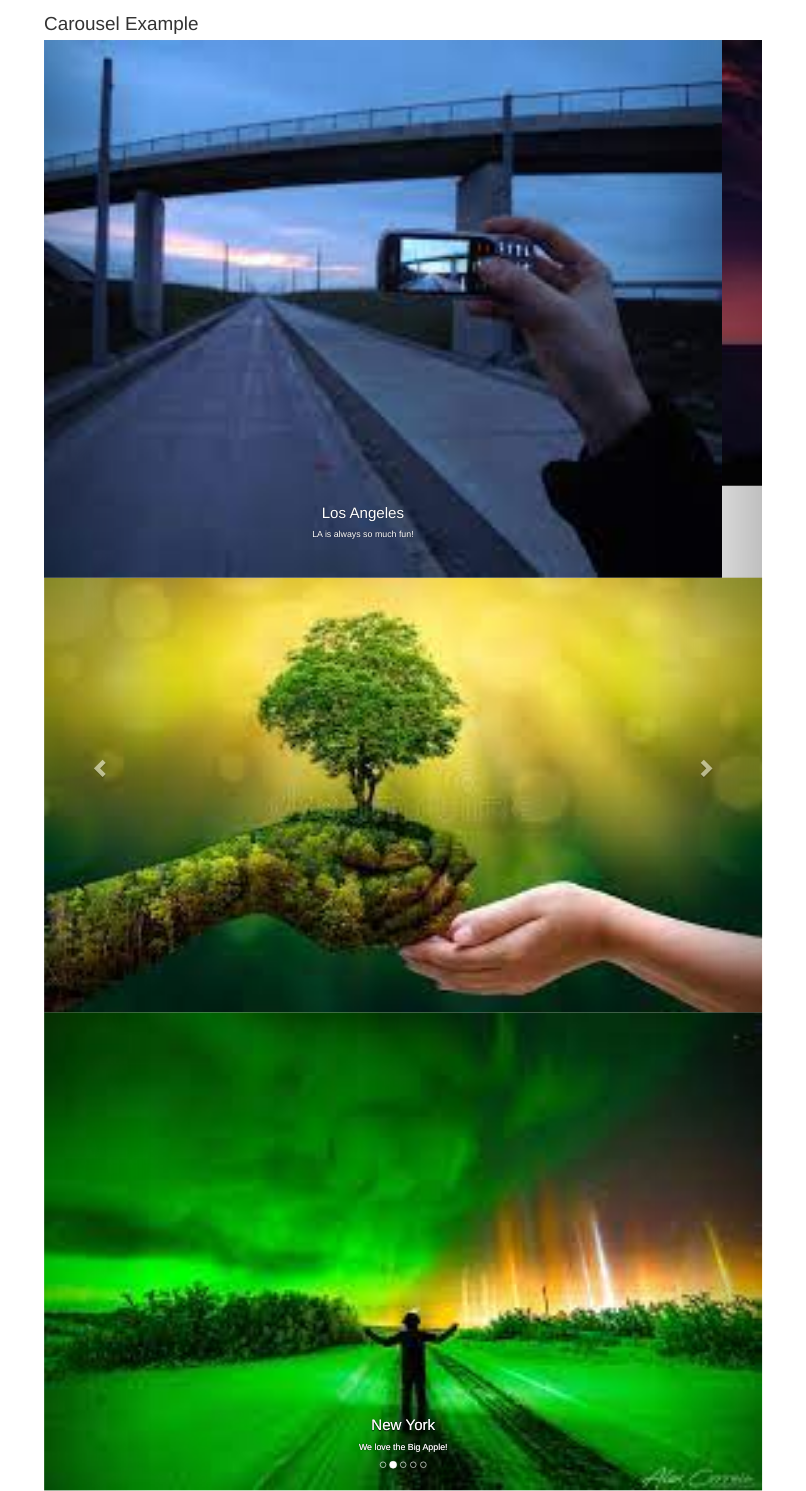
Repository: acciojob/bootstrap-carousel-vandanayadav15
Page: main.html
The author's editor kept a copy of each file at every save. The page is drawn from the files as they stood at one save, then again after the next save.
The browser window is 1280 px wide. The pictures show the whole page, at 63% of full size.

Above is the page before, as saved 2022-10-28 12:49:38.

### main.html
<!DOCTYPE html>
<html lang="en">

<head>
	<title>Bootstrap Example</title>
	<meta charset="utf-8">
	<meta name="viewport" content="width=device-width, initial-scale=1">
	<link rel="stylesheet" href="https://maxcdn.bootstrapcdn.com/bootstrap/3.4.1/css/bootstrap.min.css">
	<script src="https://ajax.googleapis.com/ajax/libs/jquery/3.6.0/jquery.min.js"></script>
	<script src="https://maxcdn.bootstrapcdn.com/bootstrap/3.4.1/js/bootstrap.min.js"></script>
</head>

<body>

	<div class="container">
		<h2>Carousel Example</h2>
		<div id="myCarousel" class="carousel slide" data-ride="carousel">
			<!-- Indicators -->
			<ol class="carousel-indicators">
				<li data-target="#myCarousel" data-slide-to="0" class="active"></li>
				<li data-target="#myCarousel" data-slide-to="1"></li>
				<li data-target="#myCarousel" data-slide-to="2"></li>
				<li data-target="#myCarousel" data-slide-to="3"></li>
				<li data-target="#myCarousel" data-slide-to="4"></li>

			</ol>

			<!-- Wrapper for slides -->
			<div class="carousel-inner">

	              <div class="item active">
					<img src="data:[embedded picture, 7255 characters]"
						alt="Los Angeles" style="width:100%;">
					<div class="carousel-caption">
						<h3>Los Angeles</h3>
						<p>LA is always so much fun!</p>
					</div>
				</div>

	<div class="item">
					<img src="data:[embedded picture, 7351 characters]"
						alt="Chicago" style="width:100%;">
					<div class="carousel-caption">
						<h3>Chicago</h3>
						<p>Thank you, Chicago!</p>
					</div>
				</div>

	<div class="item">
					<img src="data:[embedded picture, 5963 characters]"
						alt="New York" style="width:100%;">
					<div class="carousel-caption">
						<h3>New York</h3>
						<p>We love the Big Apple!</p>
					</div>
				</div>

				<div class="fourth-slide">
					<img src="data:[embedded picture, 9751 characters]"
						alt="New York" style="width:100%;">
					<div class="carousel-caption">
						<h3>New York</h3>
						<p>We love the Big Apple!</p>
					</div>
				</div>

				<div class="fifth-slide">
					<img src="data:[embedded picture, 8011 characters]"
						alt="New York" style="width:100%;">
					<div class="carousel-caption">
						<h3>New York</h3>
						<p>We love the Big Apple!</p>
					</div>
				</div>
			</div>

			<!-- Left and right controls -->
			<a class="left carousel-control" href="#myCarousel" data-slide="prev">
				<span class="glyphicon glyphicon-chevron-left"></span>
				<span class="sr-only">Previous</span>
			</a>
			<a class="right carousel-control" href="#myCarousel" data-slide="next">
				<span class="glyphicon glyphicon-chevron-right"></span>
				<span class="sr-only">Next</span>
			</a>
		</div>
	</div>

</body>

</html>

After the next save:
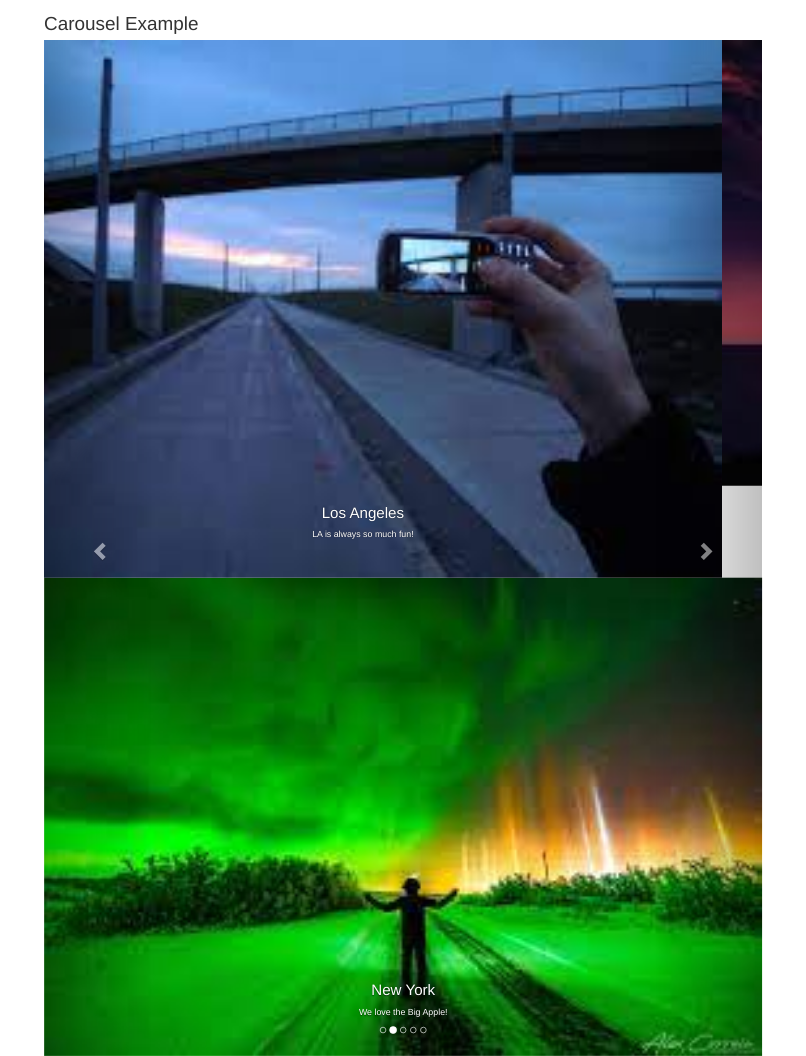
Saved 2 min 39 s later.
--- a/main.html
+++ b/main.html
@@ -55,7 +55,7 @@
 					</div>
 				</div>
 
-				<div class="fourth-slide">
+	<div class="item">
 					<img src="data:[embedded picture, 9751 characters]"
 						alt="New York" style="width:100%;">
 					<div class="carousel-caption">
